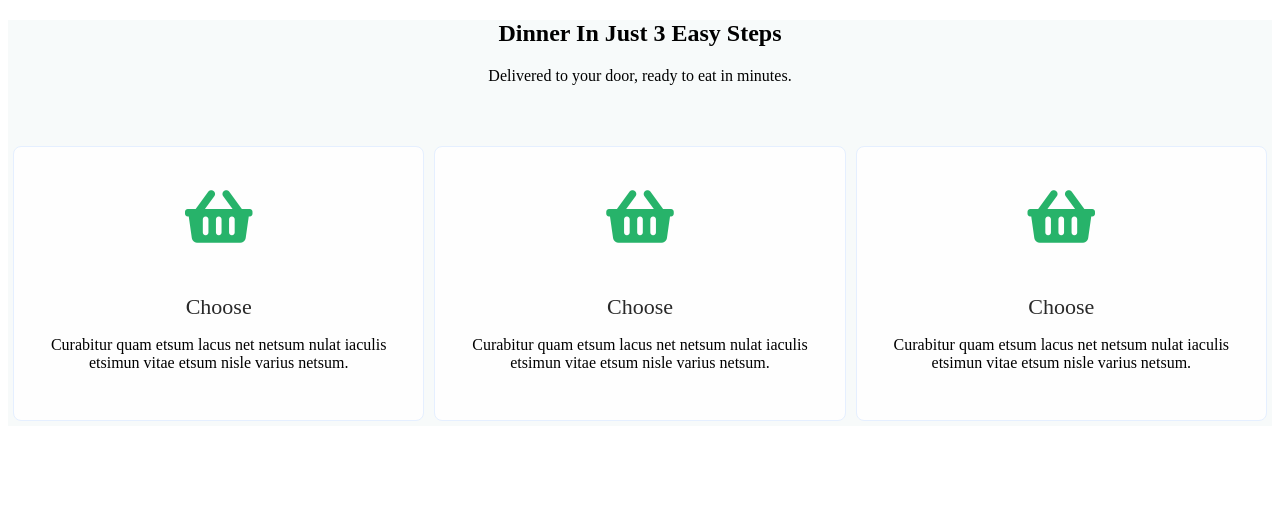
Repository: ST-United-Internship/leadpage
Page: card-UI.html
An editor plug-in stored every save of this project. The page is shown before and after a run of saves, followed by the edit.
The browser window is 1280 px wide. The pictures show the whole page.

Above is the page before, as saved 2023-03-15 15:01:36.

### card-UI.html
<!DOCTYPE html>
<html lang="en">
<head>
    <meta charset="UTF-8">
    <meta http-equiv="X-UA-Compatible" content="IE=edge">
    <meta name="viewport" content="width=device-width, initial-scale=1.0">
    <title>Document</title>
    <link rel="stylesheet" href="css/card-UI.css">
    <link rel="stylesheet" href="css/common.css">
    <link rel="stylesheet" href="https://use.fontawesome.com/releases/v5.15.4/css/all.css" integrity="sha384-DyZ88mC6Up2uqS4h/KRgHuoeGwBcD4Ng9SiP4dIRy0EXTlnuz47vAwmeGwVChigm" crossorigin="anonymous"/>
</head>
<body>
        <section>
            <!--begin title-->
            <div class="about">
                <div class="row-title">
                    <div class="title-text">
                        <h2>Dinner In Just 3 Easy Steps</h2>
                        <p>Delivered to your door, ready to eat in minutes.</p>
                    </div>
                </div>
            </div>
            <!--begin card-->
            <div class="card-UI">
                <div class="about">
                    <div class="columm">
                        <div class="title-card">
                            <i class="fas fa-shopping-basket"></i>
                            <h3>Choose</h3>
                            <p>Curabitur quam etsum lacus net netsum nulat iaculis etsimun vitae etsum nisle varius netsum.</p>
                        </div>
                        <div class="title-card">
                            <i class="fas fa-shopping-basket"></i>
                            <h3>Choose</h3>
                            <p>Curabitur quam etsum lacus net netsum nulat iaculis etsimun vitae etsum nisle varius netsum.</p>
                        </div>
                        <div class="title-card">
                            <i class="fas fa-shopping-basket"></i>
                            <h3>Choose</h3>
                            <p>Curabitur quam etsum lacus net netsum nulat iaculis etsimun vitae etsum nisle varius netsum.</p>
                        </div>
                    </div>
                </div>
            </div>
        </section>
</body>
</html>

### css/card-UI.css
section{
    background: #f7fafa;
    /* padding: 90px 0 100px 0; */
}

.about{
    background-color: #f7fafa;
}

.row-title{
    text-align: center;
}
 .title-text{
    text-align: center;
}

.about .columm .title-text h2{
    font-size: 36px;
    margin-bottom: 10px;
}

.about .columm .title-text p{
    font-size: 18px;
    line-height: 28px;
    font-weight: 400;
    color: #7c8595;
    margin-bottom: 15px;
    font-family: 'Open Sans', sans-serif;
}

.card-UI{
    position: relative;
}

.card-UI .about .columm{
    display: flex;
}

.title-card{
    position: relative;
    margin: 45px 5px 5px 5px;
    padding: 40px 15px 32px 15px;
    overflow: hidden;
    text-align: center;
    border: 1px solid #e5efff;
    background-color: #fefefe;
    border-radius: 8px 8px;
    transition: all 1s;
}

.columm::after, ::before{
    box-sizing: border-box;
}

.card-UI .about .columm .title-card i{
    margin-bottom: 25px;
    font-size: 60px;
    color: #27b36a;
}

.card-UI .about .columm .title-card h3{
    font-size: 22px;
    font-weight: 500;
    color: #292929;
    margin-bottom: 15px;
}

### css/common.css
.container {
  max-width: 80%;
  margin: auto;
  border: 1px solid blue;
}
.card {
  width: 400px;
}
.space-vertical {
  padding: 20px 0;
}

.space-horizontal {
  padding: 0 20px;
}

*,
**,
*::before,
*::after {
  box-sizing: border-box;
}

After the next 3 saves:
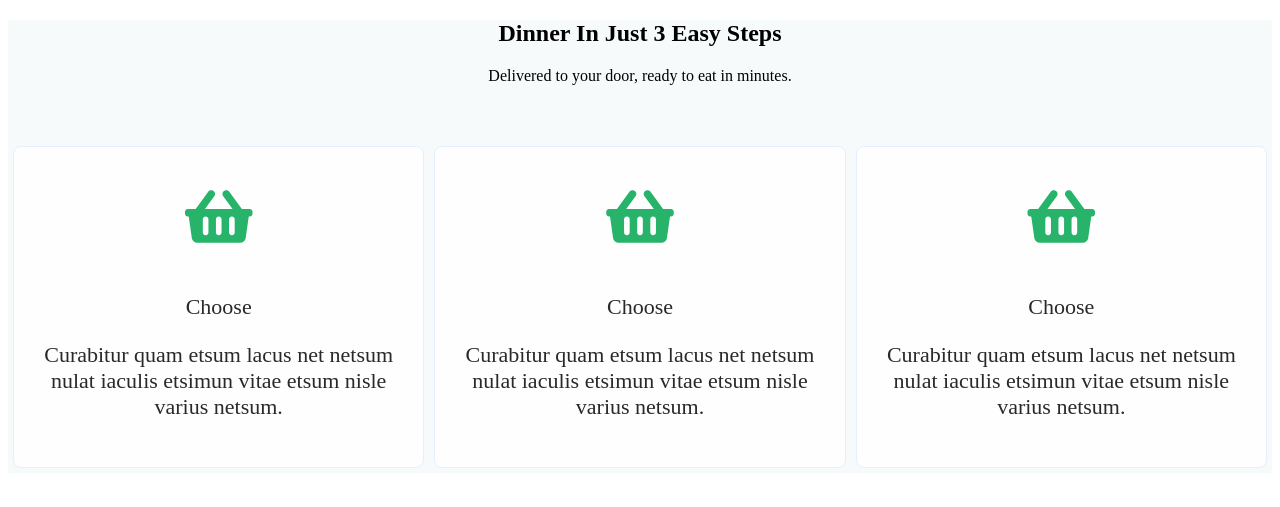
The 3 saves are shown as one change because they came seconds apart.
The last was saved 16 s later.
--- a/css/card-UI.css
+++ b/css/card-UI.css
@@ -64,3 +64,10 @@ section{
     color: #292929;
     margin-bottom: 15px;
 }
+
+.card-UI .about .columm .title-card p{
+    font-size: 22px;
+    font-weight: 500;
+    color: #292929;
+    margin-bottom: 15px;
+}
